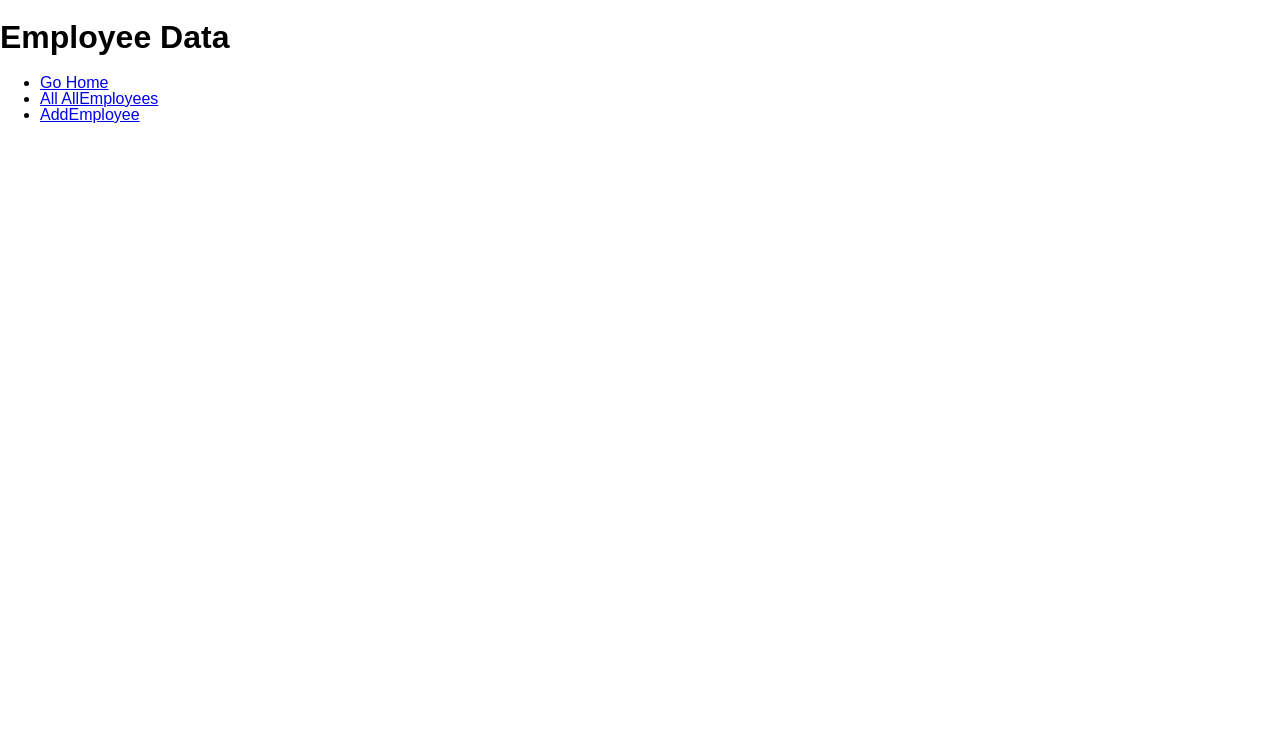
Repository: rh1456/employee-directory
Page: /2
An editor plug-in stored every save of this project. The page is shown before and after the next save, followed by the edit.
The browser window is 1280 px wide. The pictures show the whole page.
The project was rebuilt for these pictures with package versions that can differ from the ones it lists, and the page was loaded fresh each time. Also part of the build but not shown: src/components/HelloWorld.jsx, src/pages/HomePage.jsx, src/pages/NotFound.jsx, src/pages/AllEmployees.jsx.

Above is the page before, as saved 2019-12-07 12:36:25.

### public/index.html
<!DOCTYPE html>
<html lang="en">
  <head>
    <meta charset="utf-8">
    <link rel="shortcut icon" href="%PUBLIC_URL%/favicon.ico">
    <meta name="viewport" content="width=device-width, initial-scale=1, shrink-to-fit=no">
    <meta name="theme-color" content="#000000">
    <!--
      manifest.json provides metadata used when your web app is added to the
      homescreen on Android. See https://developers.google.com/web/fundamentals/web-app-manifest/
    -->
    <link rel="manifest" href="%PUBLIC_URL%/manifest.json">
    <!--
      Notice the use of %PUBLIC_URL% in the tags above.
      It will be replaced with the URL of the `public` folder during the build.
      Only files inside the `public` folder can be referenced from the HTML.

      Unlike "/favicon.ico" or "favicon.ico", "%PUBLIC_URL%/favicon.ico" will
      work correctly both with client-side routing and a non-root public URL.
      Learn how to configure a non-root public URL by running `npm run build`.
    -->
    <title>Employee Directory</title>
  </head>
  <body>
    <noscript>
      You need to enable JavaScript to run this app.
    </noscript>
    <div id="root"></div>
    <!--
      This HTML file is a template.
      If you open it directly in the browser, you will see an empty page.

      You can add webfonts, meta tags, or analytics to this file.
      The build step will place the bundled scripts into the <body> tag.

      To begin the development, run `npm start` or `yarn start`.
      To create a production bundle, use `npm run build` or `yarn build`.
    -->
  </body>
</html>

### src/App.jsx
import React from 'react'
import { BrowserRouter as Router, Link, Route, Switch } from 'react-router-dom'
// import AllEmployees from './pages/AllEmployees'
import AddEmployee from './pages/AddEmployee'
import HomePage from './pages/HomePage'
import NotFound from './pages/NotFound'
import AllEmployees from './pages/AllEmployees'

const App = () => {
  return (
    <Router>
      <header>
        <h1>Employee Data</h1>
        <nav>
          <ul>
            <li>
              <Link to="/">Go Home</Link>
            </li>
            <li>
              <Link to="/1">All AllEmployees</Link>
            </li>
            <li>
              <Link to="/2">AddEmployee</Link>
            </li>
          </ul>
        </nav>
      </header>
      <Switch>
        <Route exact path="/" component={HomePage}></Route>
        <Route exact path="/1" component={AllEmployees}></Route>
        <Route exact path="/2" component={AddEmployee}></Route>
        <Route path="*" component={NotFound}></Route>
      </Switch>
    </Router>
  )
}

export default App

### src/pages/AddEmployee.jsx
import React, { useState } from 'react'
import { Redirect } from 'react-router-dom'
import axios from 'axios'

const AddEmployee = () => {
  const [resetForm, setResetForm] = useState(false)
  const [firstName, setFirstName] = useState('')
  const [lastName, setLastName] = useState('')
  const [birthday, setBirthday] = useState('')
  const [hireDate, setHireDate] = useState('')
  const [isFullTime, setIsFullTime] = useState(true)
  const [profileImage, setProfileImage] = useState('')
  const [jobTitle, setJobTitle] = useState('')
  const [jobDescription, setJobDescription] = useState('')
  const [phoneNumber, setPhoneNumber] = useState('')
  const [address, setAdress] = useState('')
  const [city, setCity] = useState('')
  const [state, setState] = useState('')
  const [zip, setZip] = useState('')
  const [email, setEmail] = useState('')
  const [emergencyContactPerson, setEmergencyContactPerson] = useState('')
  const [emergencyContactPhone, setEmergencyContactPhone] = useState('')
  const [emergencyContactAddress, setEmergencyContactAddress] = useState('')
  const [ptoHours, setPtoHours] = useState('')

  const submitForm = async event => {
    event.preventDefault()
    const resp = await axios.post(
      'https://sdg-staff-directory-app.herokuapp.com/api/oilers/Employees',

      {
        firstName: firstName,
        lastName: lastName,
        birthday: birthday,
        hireDate: hireDate,
        isFullTime: isFullTime,
        profileImage: profileImage,
        jobTitle: jobTitle,
        jobDescription: jobDescription,
        phoneNumber: phoneNumber,
        address: address,
        city: city,
        state: state,
        zip: zip,
        email: email,
        emergencyContactPerson: emergencyContactPerson,
        emergencyContactPhone: emergencyContactPhone,
        emergencyContactAddress: setEmergencyContactAddress,
        ptoHours,
        ptoHours,
      }
    )
    setResetForm(true)
  }
  return <></>
}

export default AddEmployee

Loaded but not shown: src/index.js (common file); src/index.css (common file)

After the next save:
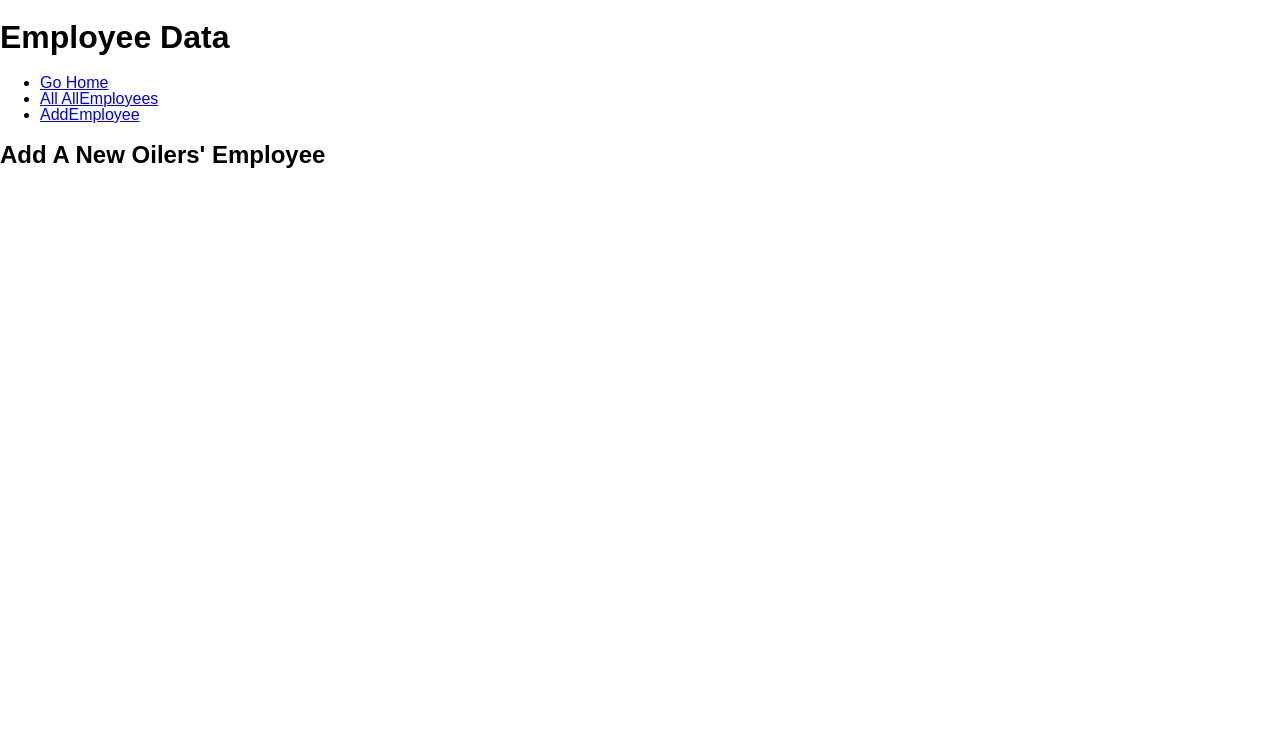
Saved 100 s later.
--- a/src/pages/AddEmployee.jsx
+++ b/src/pages/AddEmployee.jsx
@@ -52,7 +52,13 @@
     )
     setResetForm(true)
   }
-  return <></>
+  return (
+    <>
+      <main>
+        <h2> Add A New Oilers' Employee</h2>
+      </main>
+    </>
+  )
 }
 
 export default AddEmployee
